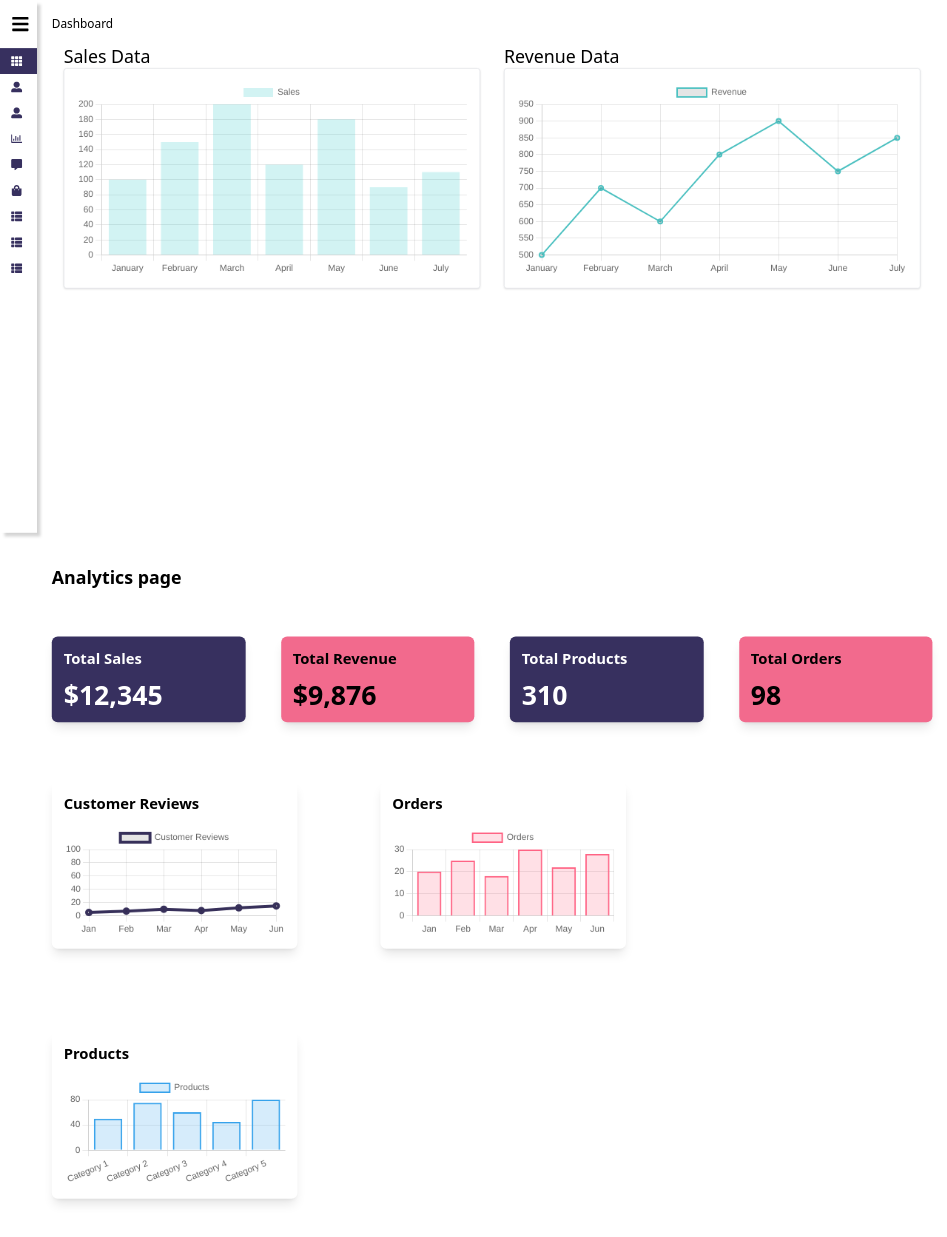
Repository: AndargWorku12/admin-dashboard
Page: /
These files come from the project's save history. The page is drawn as it stood at one moment and after the next save; the edit follows.
The browser window is 1280 px wide. The pictures show the whole page, at 74% of full size.
The project was rebuilt for these pictures with package versions that can differ from the ones it lists, and the page was loaded fresh each time. Also part of the build but not shown: src/styles/orders.css, src/pages/OrderTable.tsx, src/pages/OrderModal.tsx, src/pages/Orders.tsx, src/pages/CategoryDropdown.tsx, src/pages/CategoryModal.tsx, src/pages/CategoryPage.tsx, src/styles/login.css and 9 more.

Above is the page before, as saved 2024-02-02 02:40:34.

After the next save:
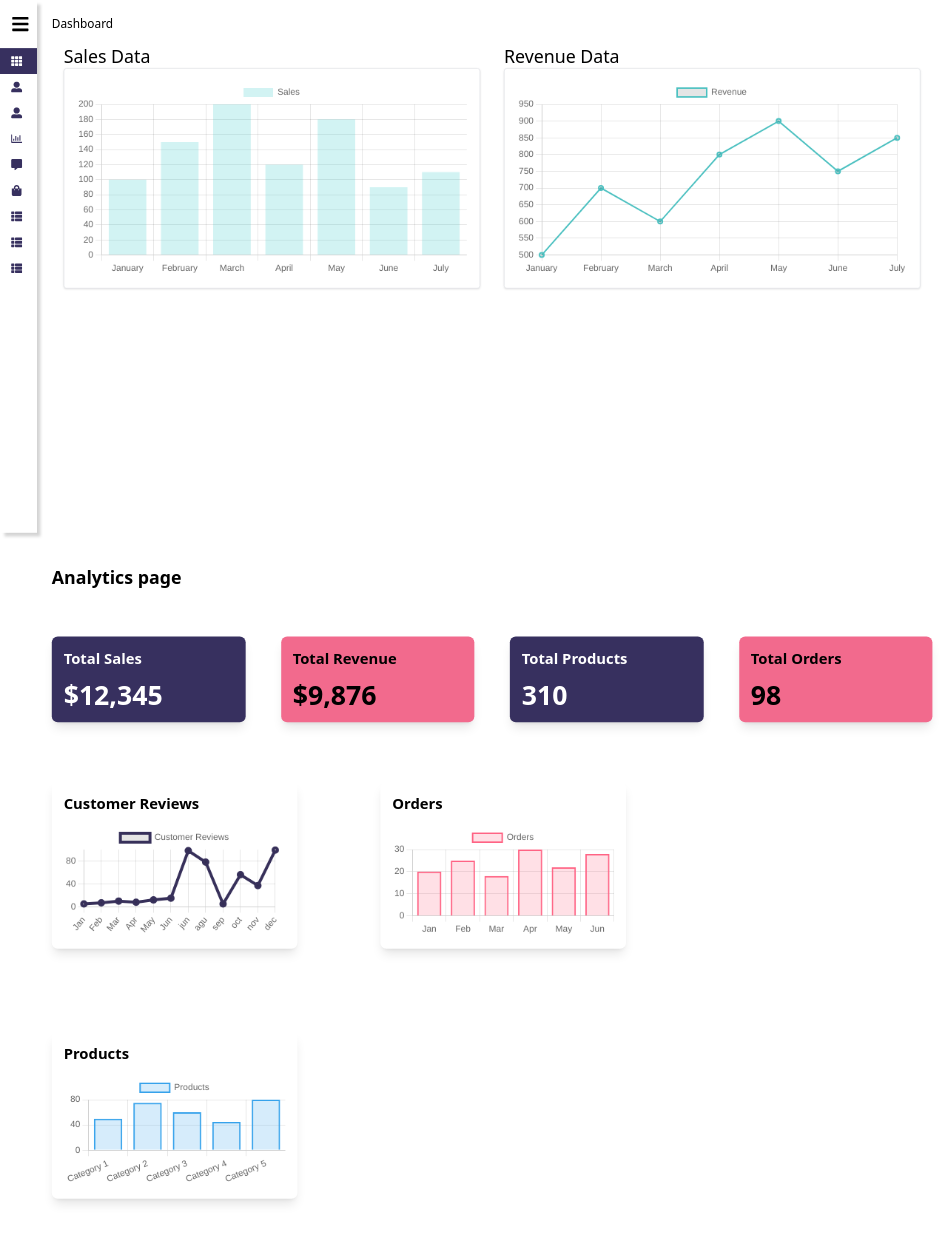
Saved 3 min 5 s later.
--- a/src/pages/Analytics.tsx
+++ b/src/pages/Analytics.tsx
@@ -8,11 +8,11 @@ import '../styles/analytics.css'
 const AnalyticsPage: React.FC = () => {
   // Sample data
   const customerReviewData = {
-    labels: ['Jan', 'Feb', 'Mar', 'Apr', 'May', 'Jun'],
+    labels: ['Jan', 'Feb', 'Mar', 'Apr', 'May', 'Jun','jun','agu','sep','oct','nov','dec'],
     datasets: [
       {
         label: 'Customer Reviews',
-        data: [5, 7, 10, 8, 12, 15,98,78,5],
+        data: [5, 7, 10, 8, 12, 15,98,78,5,56,37,99],
         borderColor: '#37305A',
         borderWidth: 4,
         fill: false,
